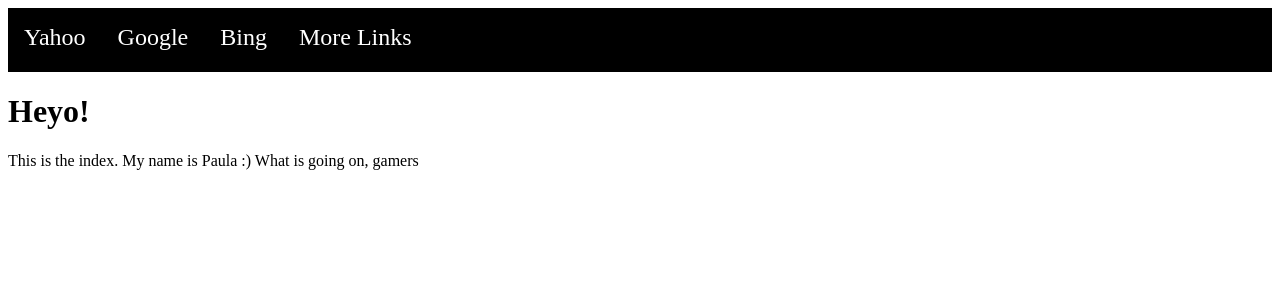
Repository: pflores002/pflores002.github.io
Page: index.html
The author's editor kept a record of every edit. The page is drawn from the files as they stood at one moment, then again after the next edit.
The browser window is 1280 px wide. The pictures show the whole page.

Above is the page before.

### index.html
<!DOCTYPE html>
<html>
<head>
    <title>pflores2002</title>

    <style>
        .navbar{
            background-color: black;
            width: 100%;
            height: 64px;
        }

        .navbar a{
            color:white;
            font-size: 24px;
            text-decoration:none;
            padding: 16px;
            float:left;
        }

        .morelinks{
            color:white;
            font-size: 24px;
            text-decoration:none;
            padding: 16px;
        }

        .navbar a:hover, .morelinks:hover{
            background-color:pink;
        }

        .dropdown:hover .dropdown-content{
            display:block;
        }

        .dropdown-content{
            position: absolute;
            z-index: 1;
            display:none;
            background-color: black;
        }

        .dropdown{
            background-color: black;
            color: white;
            float: left;
            text-decoration: none;
            font-size: 24px;
        }

        .dropdown-content a{
            float:none;
            display:block;
        }









    </style>
</head>
<body>
    <div class="navbar">
        <a href="https://www.yahoo.com">Yahoo</a>
        <a href="https://www.google.com">Google</a>
        <a href="https://www.bing.com">Bing</a>
        <div class="dropdown">
            <div class="morelinks">More Links</div>
            <div class="dropdown-content">
                <a href="https://www.awseducate.com">AWS Educate</a>
                <a href="https://www.collegeboard.org">College Board</a>
            </div>
        </div>

    </div>

<h1>Heyo!</h1>
<p>This is the index. My name is Paula :) What is going on, gamers</p>

</body>
</html>

After the next edit:
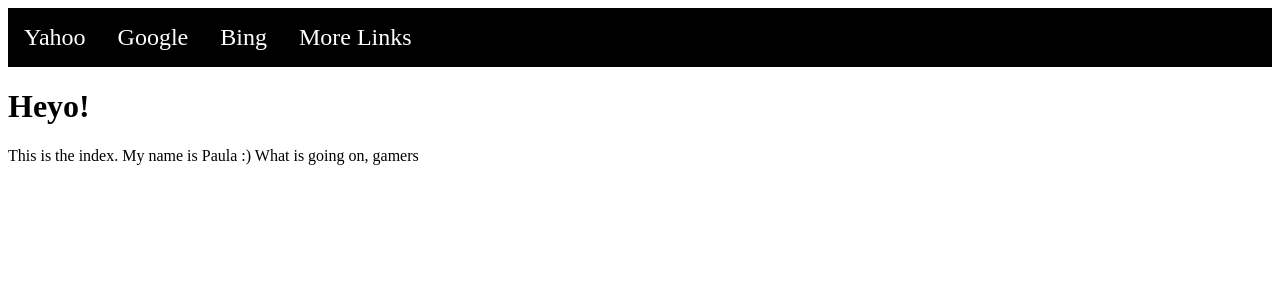
The edit:
--- a/index.html
+++ b/index.html
@@ -7,7 +7,7 @@
         .navbar{
             background-color: black;
             width: 100%;
-            height: 64px;
+            height: 59px;
         }
 
         .navbar a{
